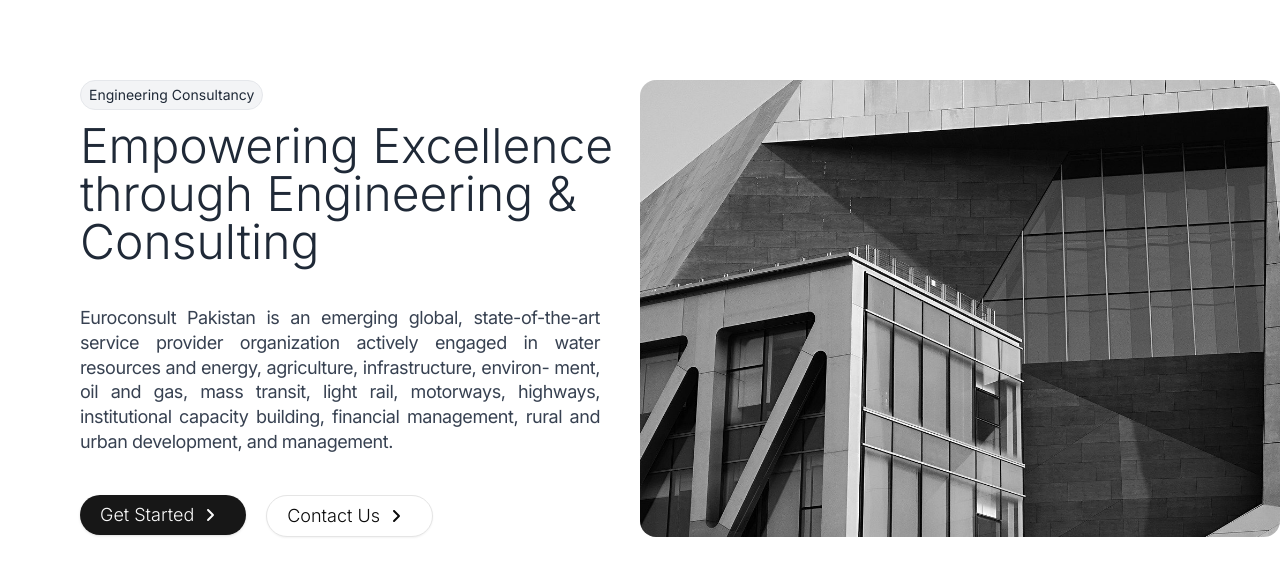
Repository: EMDC-24/ecglobalwebsite19
Page: /
An editor plug-in stored every save of this project. The page is shown before and after the next save, followed by the edit.
The browser window is 1280 px wide. The pictures show the whole page.
The project was rebuilt for these pictures with package versions that can differ from the ones it lists, and the page was loaded fresh each time. The framework's server and built-in components were replaced by stand-ins that run in the browser. Also part of the build but not shown: next.config.mjs.

Above is the page before, as saved 2024-09-17 16:52:49.

After the next save:
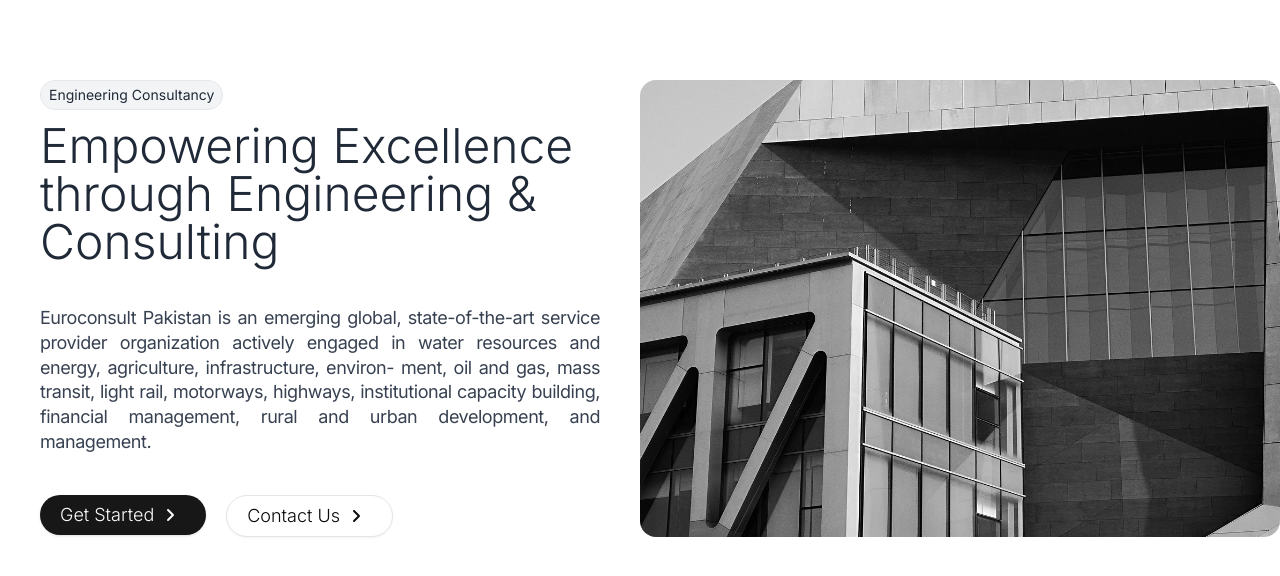
Saved 9 s later.
--- a/app/Hero.tsx
+++ b/app/Hero.tsx
@@ -6,7 +6,7 @@
   return (
     <div>
         <div className="bg-white px-0 flex flex-row py-20">
-        <div className="md:w-1/2 pl-20 flex flex-col items-start justify-normal">
+        <div className="md:w-1/2 pl-10 flex flex-col items-start justify-normal">
         <div className="bg-gray-100 border-[1px] border-gray-200 rounded-full px-2 py-1 text-sm text-gray-800">Engineering Consultancy</div>
         <h1 className="text-5xl text-gray-800 mt-3 font-light">Empowering Excellence through Engineering & Consulting</h1>
         <p className="text-lg text-gray-700 mt-10 leading-snug tracking-tight text-justify mr-10">Euroconsult Pakistan is an emerging global, state-of-the-art service provider organization actively engaged in water resources and energy, agriculture, infrastructure, environ- ment, oil and gas, mass transit, light rail, motorways, highways, institutional capacity building, financial management, rural and urban development, and management. </p>
